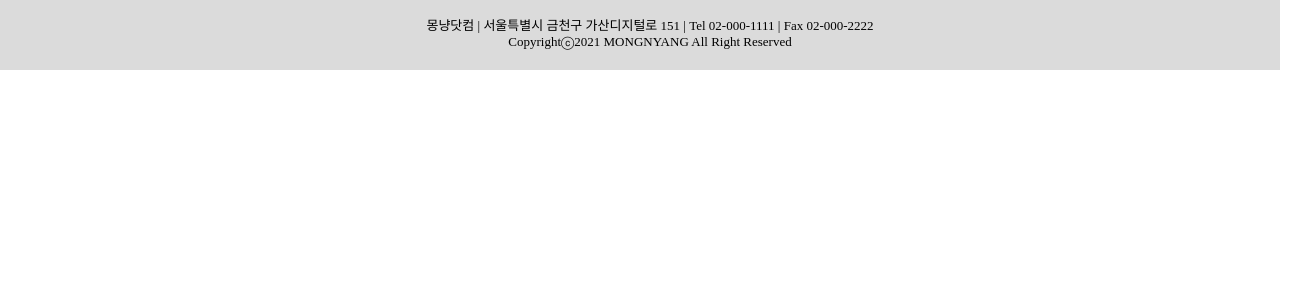
Repository: yl9517/2021.08.10_MONGNYANG_JSP
Page: http://localhost/mongNyang/footer.jsp
An editor plug-in stored every save of this project. The page is shown before and after a run of saves, followed by the edit.
The browser window is 1280 px wide. The page is 1300 px wide, so the pictures cover 1300 px, including what lies to the right of the window. The pictures show the whole page.
The page is served by Tomcat 9.

Above is the page before, as saved 2021-08-13 12:39:26.

After the next 2 saves:
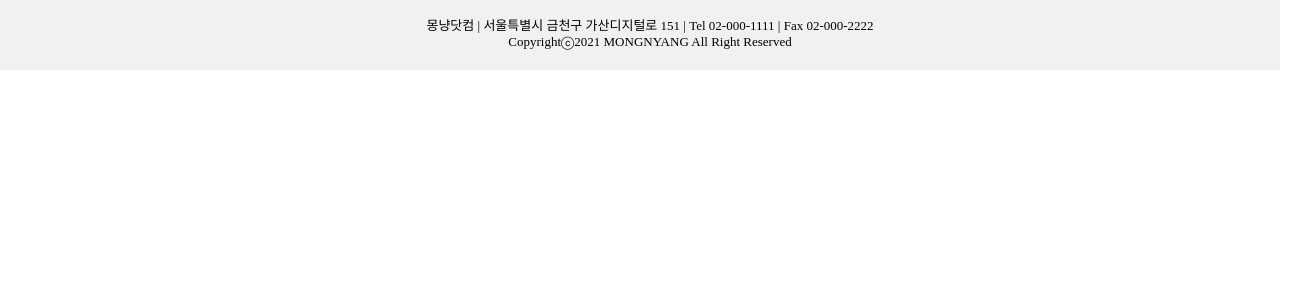
The 2 saves are shown as one change because they came seconds apart.
The last was saved 14 s later.
--- a/mongNyang/WebContent/css/footer.css
+++ b/mongNyang/WebContent/css/footer.css
@@ -7,7 +7,7 @@
 /* 푸터 감싼 부분 */
 footer{
 	width: 100%;
-	background-color: #DBDBDB;
+	background-color: #F1F1F1;
 }
 
 /* 푸터 */
